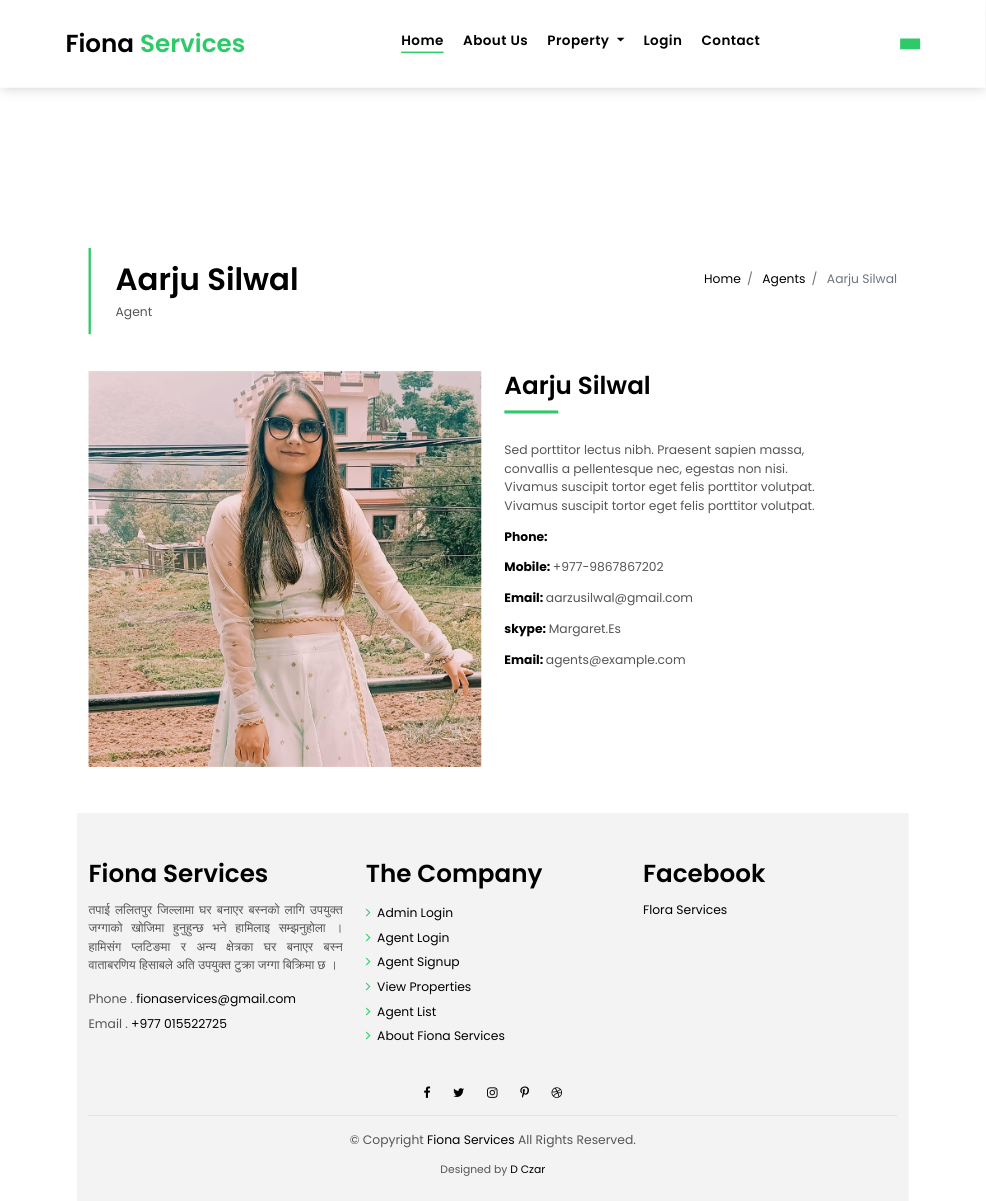
Repository: Sjuicyy/realstate
Page: profile.html
The author's editor kept a copy of each file at every save. The page is drawn from the files as they stood at one save, then again after the next save.
The browser window is 1280 px wide. The pictures show the whole page, at 77% of full size.

Above is the page before, as saved 2022-10-15 09:43:46.

After the next save:
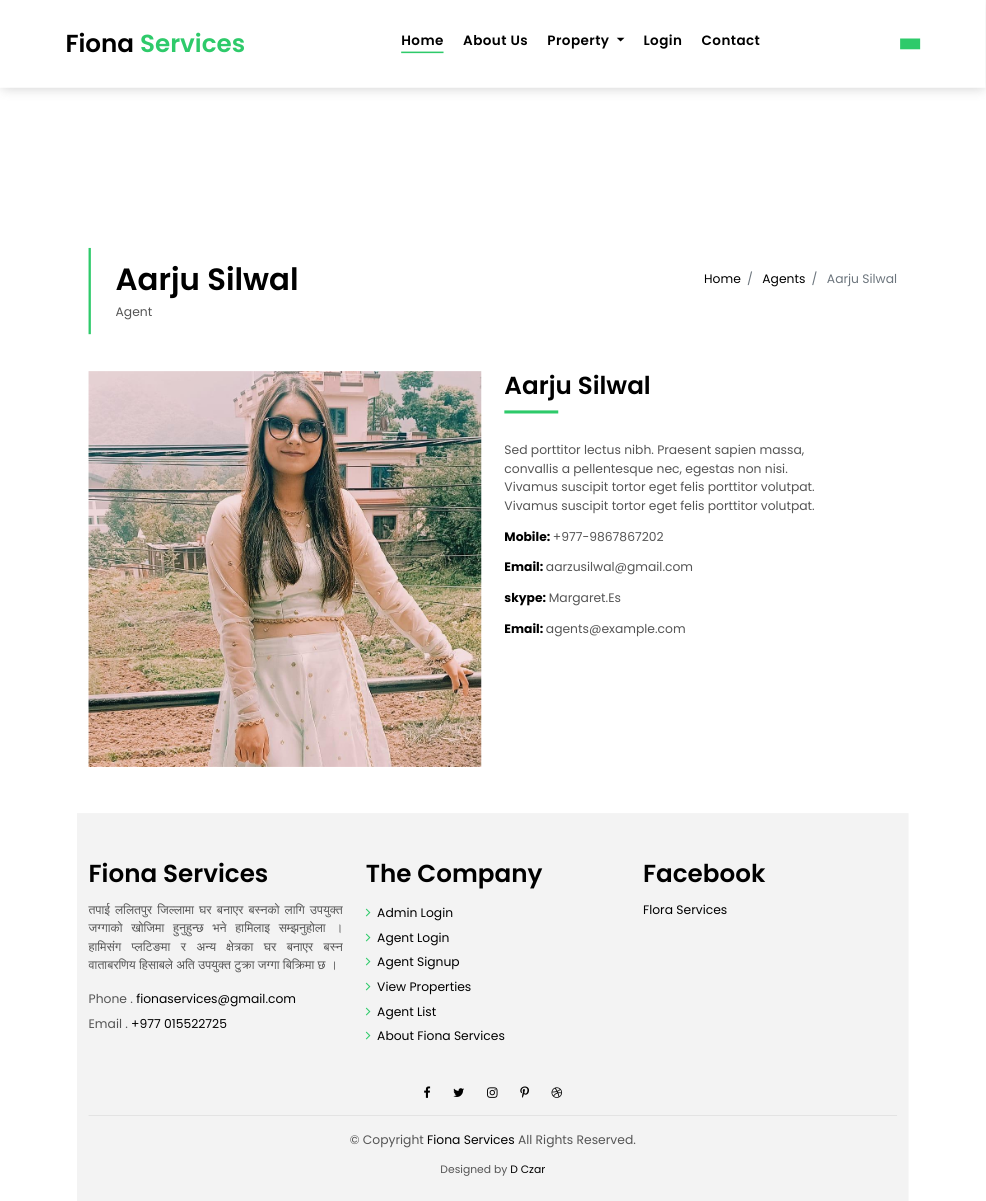
Saved 4 s later.
--- a/profile.html
+++ b/profile.html
@@ -145,11 +145,6 @@
                         eget felis porttitor volutpat. Vivamus suscipit tortor eget felis porttitor volutpat.
                       </p>
                       <div class="info-agents color-a">
-                        <p>
-                          <strong>Phone: </strong>
-                          <span class="color-text-a"> </span>
-                        </p>
-                        <p>
                           <strong>Mobile: </strong>
                           <span class="color-text-a"> +977-9867867202 </span>
                         </p>
